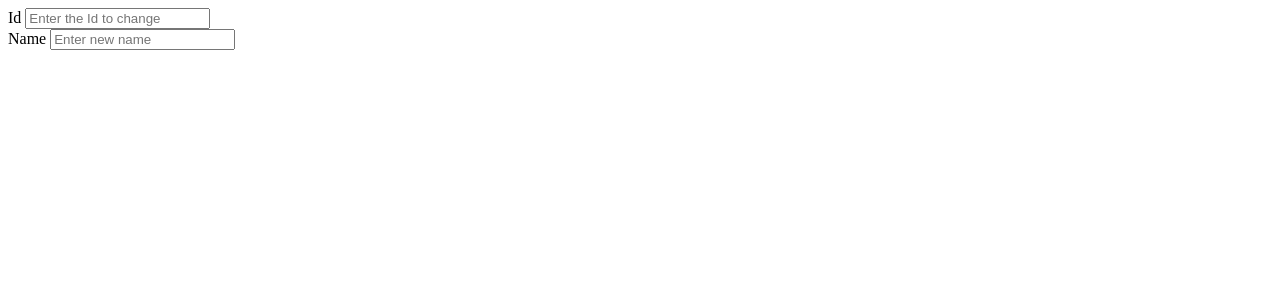
Repository: yash1sh/Java
Page: Bootcmp/DemoPro/src/main/webapp/update.html
The author's editor kept a copy of each file at every save. The page is drawn from the files as they stood at one save, then again after the next save.
The browser window is 1280 px wide. The pictures show the whole page.

Above is the page before, as saved 2022-05-17 09:17:59.

After the next save:
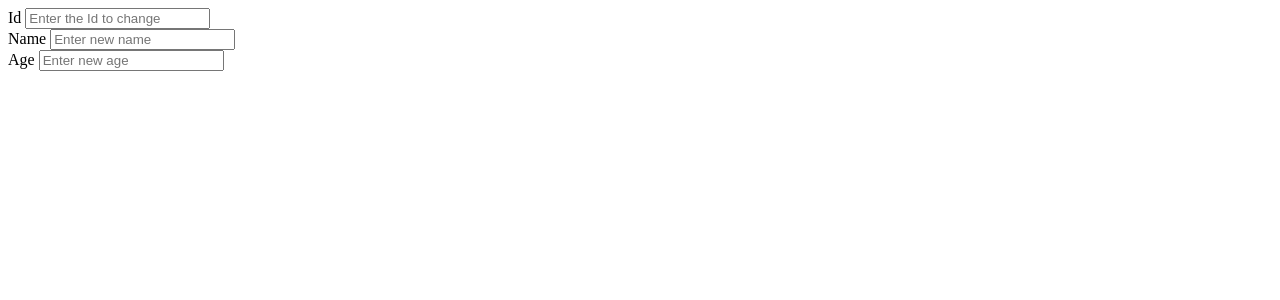
Saved 64 s later.
--- a/Bootcmp/DemoPro/src/main/webapp/update.html
+++ b/Bootcmp/DemoPro/src/main/webapp/update.html
@@ -9,7 +9,11 @@
 	<label>Id</label>
 	<input type="number" name ="id" placeholder="Enter the Id to change"> <br>
 	<label>Name</label>
-	<input type="text" name="name" placeholder="Enter new name">
+	<input type="text" name="name" placeholder="Enter new name"> <br>
+	<label>Age</label>
+	<input type="number" name="age" placeholder="Enter new age">
+
+
 
 
 
